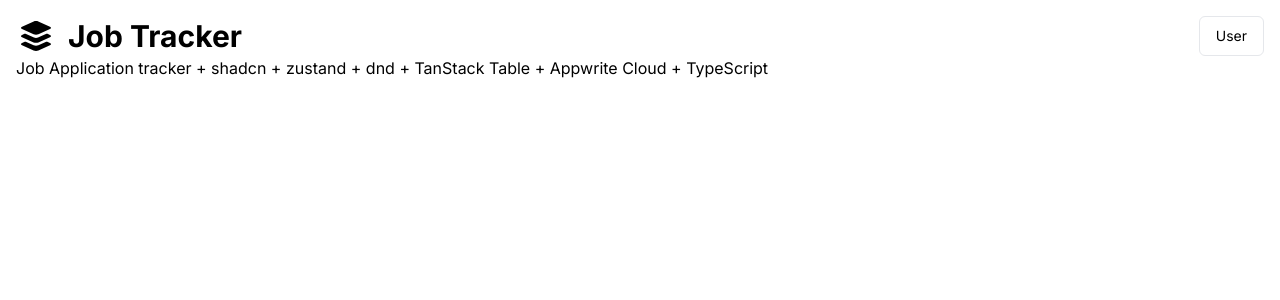
Repository: Vasil1001/job-applications-tracker-nextjs
Page: /
An editor plug-in stored every save of this project. The page is shown before and after the next save, followed by the edit.
The browser window is 1280 px wide. The pictures show the whole page.
The project was rebuilt for these pictures with package versions that can differ from the ones it lists, and the page was loaded fresh each time. The framework's server and built-in components were replaced by stand-ins that run in the browser. Also part of the build but not shown: next.config.js.

Above is the page before, as saved 2023-06-24 16:11:52.

After the next save:
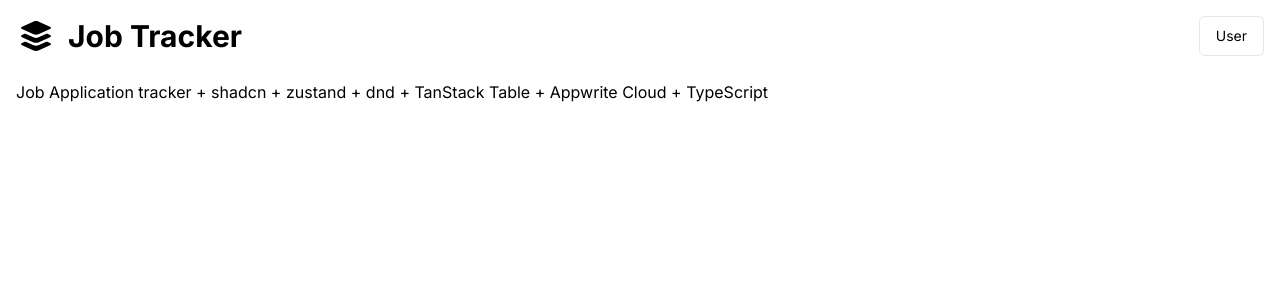
Saved 30 s later.
--- a/components/Header.tsx
+++ b/components/Header.tsx
@@ -30,7 +30,9 @@ export default function Header() {
         </div>
       </div>
 
-      <form className="flex justify-between"></form>
+      <form className="flex justify-between">
+        <input type="text" />
+      </form>
 
       <h1>
         Job Application tracker + shadcn + zustand + dnd + TanStack Table +
